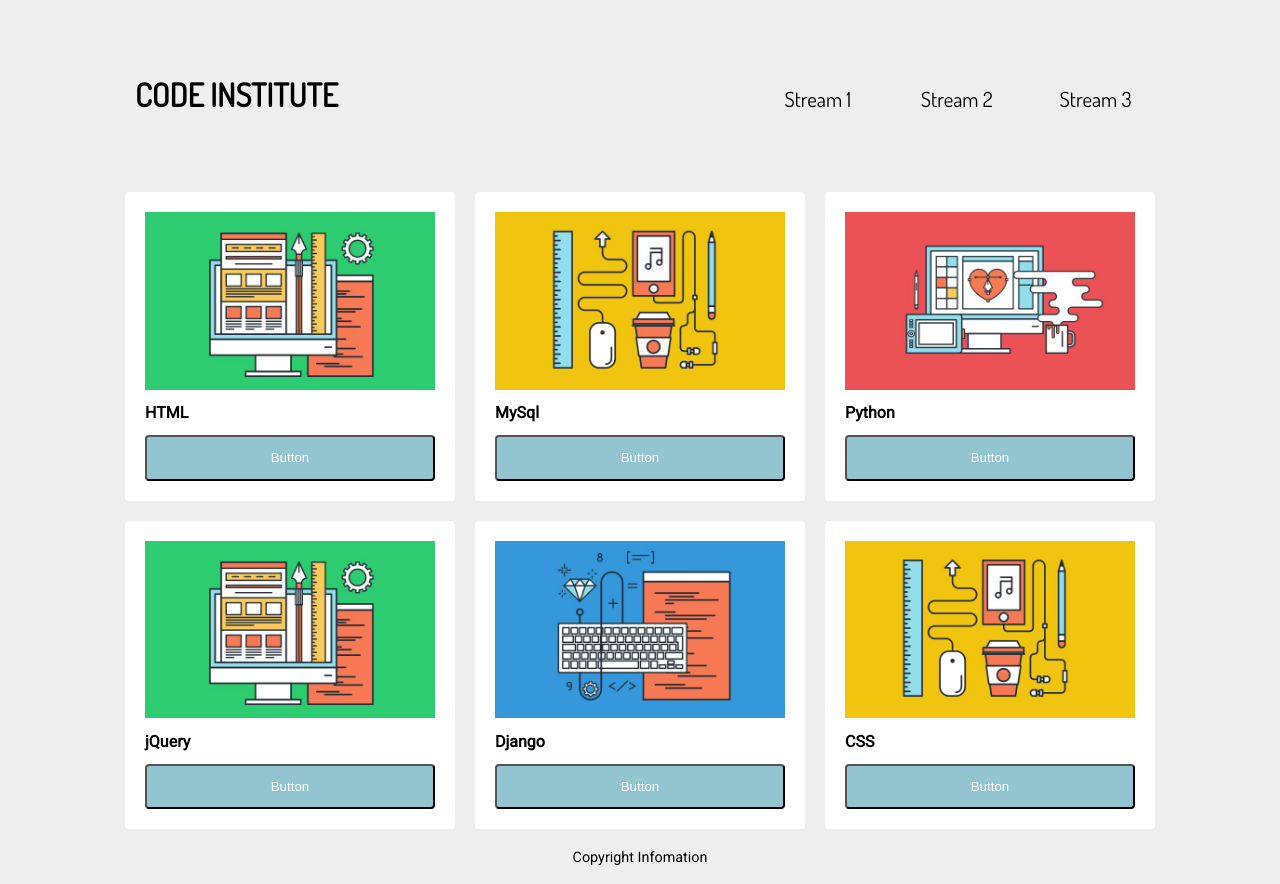
Repository: PeterKellett/traversing-the-dom-cards-example
Page: cards-jquery.html
The author's editor kept a record of every edit. The page is drawn from the files as they stood at one moment, then again after the next edit.
The browser window is 1280 px wide. The pictures show the whole page.
Some web libraries are served in a nearby version.

Above is the page before.

### cards-jquery.html
<!DOCTYPE html>
<html lang="en">
<head>
	<meta charset="UTF-8">
	<meta name="viewport" content="width=device-width, initial-scale=1">
	<title>jQuery</title>
	<link href="style.css" rel="stylesheet">
	<link href='https://fonts.googleapis.com/css?family=Roboto' rel='stylesheet' type='text/css'>
	<link href='https://fonts.googleapis.com/css?family=Dosis' rel='stylesheet' type='text/css'>
</head>
<body>
	<div id="container">
		<nav>
			<ul>
				<li id="logoNav">CODE INSTITUTE</li>
				<li id="stream1_btn">Stream 1</li>
				<li id="stream2_btn">Stream 2</li>
				<li id="stream3_btn">Stream 3</li>
			</ul>
		</nav>
		<div class="card stream1">
			<img class="card_image" src="img/3.png" alt="coding icon">
			<div class="card_bottom">
				<h2 class="card_head">HTML</h2>
				<p class="card_para">Once you join a <a href="#">Code Institute</a> Bootcamp you will be taken on an accelerated contextualised learning path across 3 streams. Nothing is learned in isolation.We contextualise the content so that the knowledge and skills gained in each learning unit feeds into, and is expanded upon, within the next unit.The outputs of each stream will be a project. <a href="#">this is a link</a></p>
				<button class="bottom_button">Button</button>
			</div>
		</div>
		<div class="card stream3">
			<img class="card_image" src="img/1.png" alt="coding icon">
			<h2 class="card_head">MySql</h2>
			<p class="card_para">If you have questions about your career in coding or simply want to meet the Code Institute team, then come along to our next Careers Open Evening in Dublin. <a href="#">this is a link</a></p>
			<button class="bottom_button">Button</button>
		</div>

		<div class="card stream2">
			<img class="card_image" src="img/2.png" alt="coding icon">
			<h2 class="card_head">Python</h2>
			<p class="card_para">If you have questions about your career in coding or simply want to meet the Code Institute team, then come along to our next Careers Open Evening in Dublin. <a href="#">this is a link</a></p>
			<button class="bottom_button">Button</button>
		</div>
		<div class="card stream3">
			<img class="card_image" src="img/3.png" alt="coding icon">
			<div class="card_bottom">
				<h2 class="card_head">jQuery</h2>
				<p class="card_para">Once you join a Code Institute Bootcamp you will be taken on an accelerated contextualised learning path across 3 streams. Nothing is learned in isolation.We contextualise the content so that the knowledge and skills gained in each learning unit feeds into, and is expanded upon, within the next unit.The outputs of each stream will be a project.
				<a href="#">this is a link</a></p>
				<button class="bottom_button">Button</button>
			</div>
		</div>
		<div class="card stream2">
			<img class="card_image" src="img/4.png" alt="coding icon">
			<h2 class="card_head">Django</h2>
			<p class="card_para">The syllabus has been developed to help you transform your career. The summarised syllabus, below, provides you with a snapshop of what skills you will come away with. Feel free to contact us for more detail on what you will learn.</p>
			<button class="bottom_button">Button</button>
		</div>
		<div class="card stream1">
			<img class="card_image" src="img/1.png" alt="coding icon">
			<h2 class="card_head">CSS</h2>
			<p class="card_para">The syllabus has been developed to help you transform your career. The summarised syllabus, below, provides you with a snapshop of what skills you will come away with. Feel free to contact us for more detail on what you will learn.</p>
			<button class="bottom_button">Button</button>
		</div>
		<div id="my_footer">
			<p id="copyright">Copyright Infomation</p>
		</div>
	</div>
	<script src="https://code.jquery.com/jquery-3.2.1.js" integrity="sha256-DZAnKJ/6XZ9si04Hgrsxu/8s717jcIzLy3oi35EouyE=" crossorigin="anonymous"></script>
	<script src="script.js"></script> <!-- Scripts located at the bottom of the body to insure page is fully loaded before execution -->

</body>
</html>

### style.css
body{
	font-family: 'Roboto', sans-serif;
	/*background-image: url(img/code-institute.jpg);
 	background-size: cover;
 	color: #ffffff;*/
 	background-color: #eee;
}

h1{
	font-size: 3em;
	text-align: center;
}
h2{
	font-size: 1em;
	text-align: left;
}
p{
	font-size: .9rem;
}

div{
	border-radius: 4px;
}

.card_image{
	width: 100%;
}
.bottom_button{
	display: flex;
	box-sizing:border-box;
	border-radius: 4px;
	display: block;
	width: 100%;
	background-color:rgba(129, 187, 201,.85);
	text-align: center;
	padding: 1em .75em;
	text-decoration: none;
	color: #fff;

}

.card_bottom{
	display: flex;
	flex-flow:column;
}
.card_head{
	flex:0;
}
.card_para{
	display: none;
	flex:1 0 auto;
}

#container
{
	display: flex;		/* makes container a flexbox*/
	flex-flow: row wrap; 	/* layout the boxes in rows and wrap them*/
	box-sizing:border-box;
	margin-right:auto;
	margin-left:auto;
	max-width:1050px;
}
#logo{
	width: 800px;
	margin: auto;
}

.card{
	flex:1; /* */
	display: flex;	/* make the contents controllable by flexbox*/
	flex-flow:column;	/* */
	min-width: 240px; /**/
	margin: 10px;
	padding: 20px;
	background-color: #fff;
}

.highlight_stream{
	background-color: #EB5255;
}

.highlight {
	background-color: pink;
}
#my_footer{
	width:100%;
	text-align: center;
}
#copyright{
	margin-top:10px;
	margin-bottom:10px;

}

/*************************
Navigation

**************************/

nav{
	font-family: roboto;
	background-color: #eee;
	margin: 30px auto;
	width: 100%;
}
ul{
	display: flex;
	justify-content:space-between;
	flex-flow: row;
	/*flex-flow: row-reverse;*/
	/*justify-content:flex-end;*/
	/*justify-content:space-around;*/
	/*align-items:flex-start;*/
	align-items:baseline;
	border-radius: 10px;
	list-style-type: none; /*Remove Bullets*/
	padding: 0;
}
li{
	flex:1;
	height: 30px;
	/*width:10%;*/
	/*border:2px solid #000;*/
	/*background-color: #81BBC9;*/
	/*border-radius: 10px;*/
	font-family: Dosis;
	padding:20px 20px 20px 20px;
	text-align: center;
	font-size: 1.3em;
}

#logoNav{
	flex:6;
	text-align: left;
	font-size: 2em;
	font-weight: bold;
}

.underline{
  text-decoration:underline;
}
.border{
  border: solid 5px #ccc;
}


@media screen and (max-width: 700px){
	ul{
		flex-flow: column;
		align-items:center;
	}
	li{
		font-size: 2em;
	}
}

### script.js
$(document).ready(function() {


 	$("#stream1_btn").click(function() {
 		$(".stream1").removeClass('highlight_stream');
		$(".stream2").removeClass('highlight_stream');
		$(".stream3").removeClass('highlight_stream');
	  	$(".stream1").addClass('highlight_stream');
	});
	$("#stream2_btn").click(function() {
		$(".stream1").removeClass('highlight_stream');
		$(".stream2").removeClass('highlight_stream');
		$(".stream3").removeClass('highlight_stream');
	  	$(".stream2").addClass('highlight_stream');
	});
	$("#stream3_btn").click(function() {
		$(".stream1").removeClass('highlight_stream');
		$(".stream2").removeClass('highlight_stream');
		$(".stream3").removeClass('highlight_stream');
	  	$(".stream3").addClass('highlight_stream');
	});

	$("p").click(function() {
		$(this).children("a").css("color", "red");
	});

	$("h2").hover(function() {
		$("h2").css("background-color", "lightblue");
		$(this).css("font-size", "46px");
	}, function() {
		$(this).css("color", "red");
	});
	$("button").click(function() {
	    $(this).prev("p").slideToggle(1000);
	});

	/*$(".stream1 .bottom_button").click(function() {
		$(".stream1 p").slideToggle('1000');

    });*/
    $(".stream2 .bottom_button").click(function(){
        $('.stream2 p').toggle('slow');
    });
    $(".stream3 .bottom_button").mouseenter(function(){
        $('.stream3 p').fadeTo(0, 0.5);
    });
    $(".stream3 .bottom_button").mouseleave(function(){
        $('.stream3 p').fadeTo(0, 1);
    });

});

After the next edit:
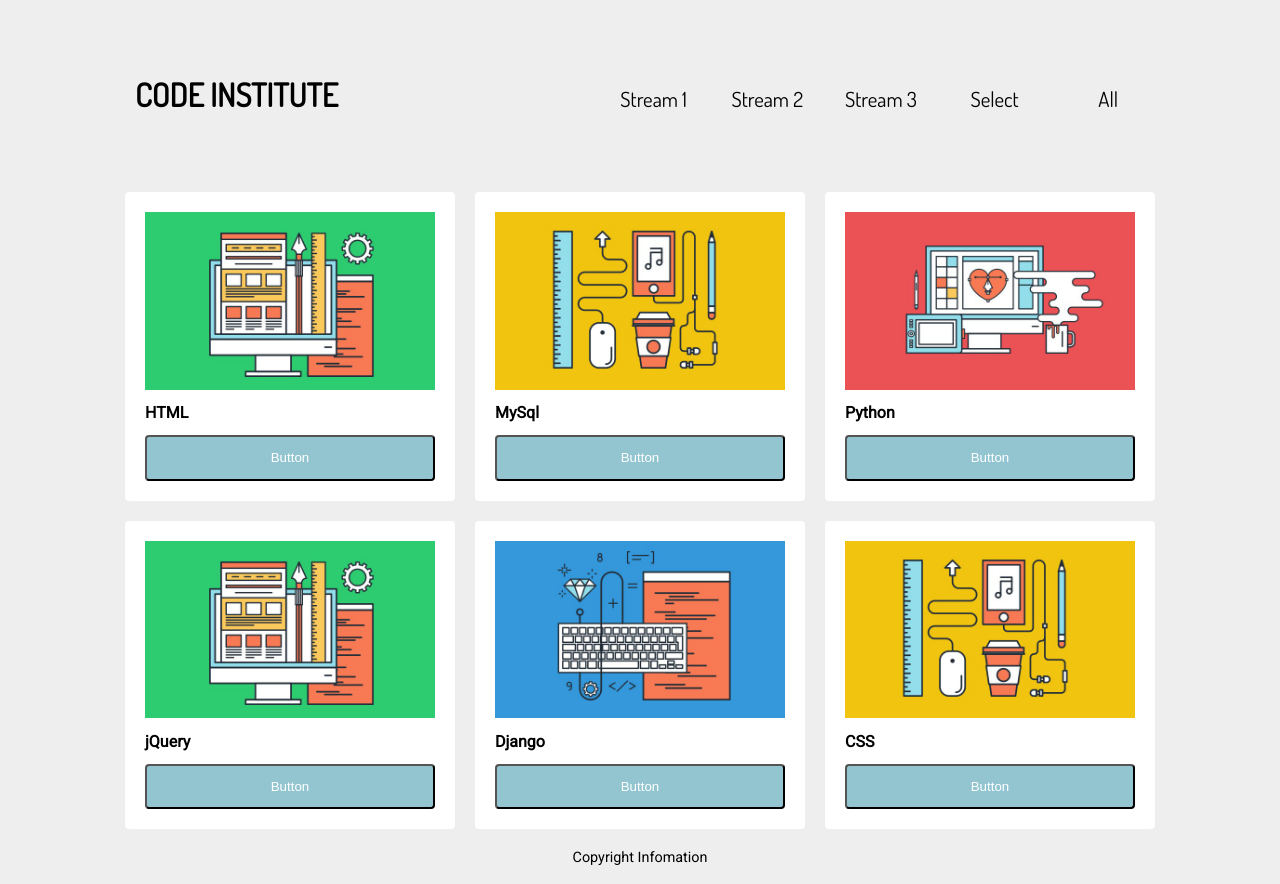
The edit:
--- a/cards-jquery.html
+++ b/cards-jquery.html
@@ -16,6 +16,8 @@
 				<li id="stream1_btn">Stream 1</li>
 				<li id="stream2_btn">Stream 2</li>
 				<li id="stream3_btn">Stream 3</li>
+				<li id="select_btn">Select</li>
+				<li id="all_btn">All</li>
 			</ul>
 		</nav>
 		<div class="card stream1">
